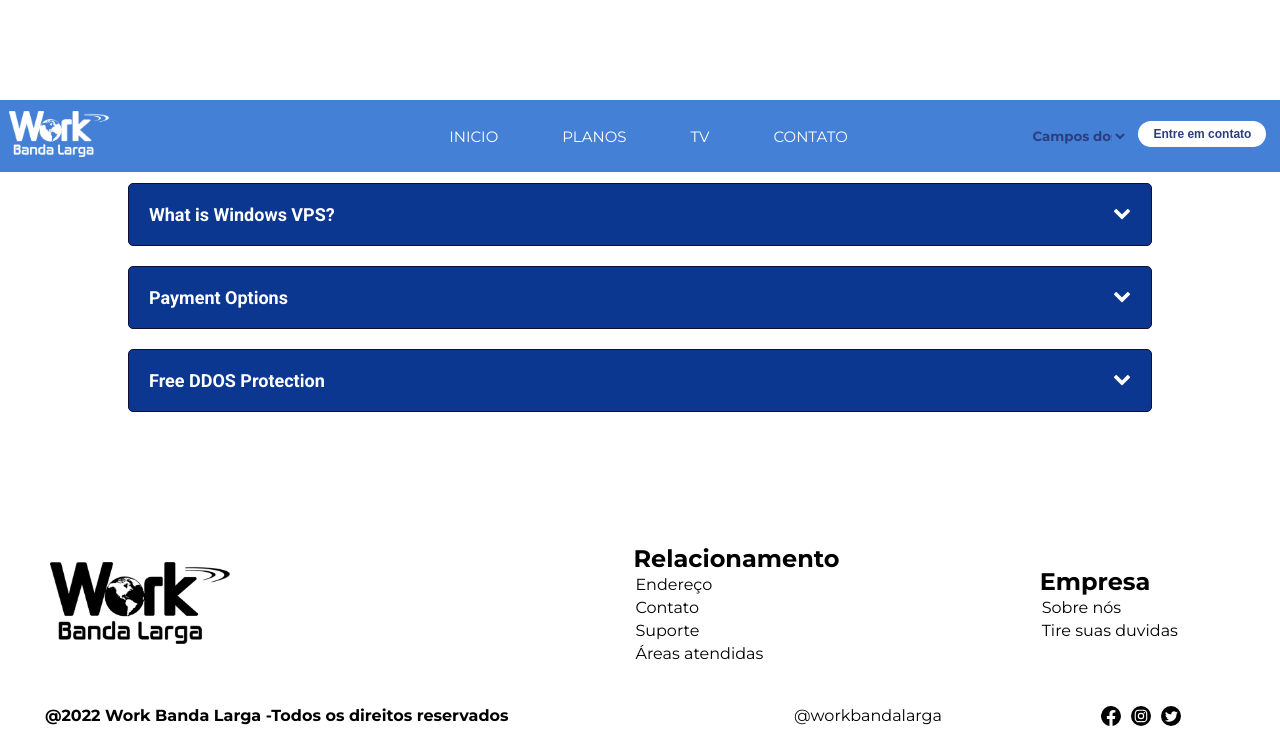
Repository: mateus-henrique-silva/WorkBandaLarga
Page: site_work/src/Pages/faq.html
An editor plug-in stored every save of this project. The page is shown before and after the next save, followed by the edit.
The browser window is 1280 px wide. The pictures show the whole page.
Some web fonts or font styles are not loaded; a fallback is used. Some web libraries are served in a nearby version.

Above is the page before, as saved 2022-09-20 10:09:53.

### site_work/src/Pages/faq.html
<!DOCTYPE html>
<html lang="en">
  <head>
    <meta charset="UTF-8" />
    <meta http-equiv="X-UA-Compatible" content="IE=edge" />
    <meta name="viewport" content="width=device-width, initial-scale=1.0" />
    <link rel="stylesheet" href="../CSS/Main/MainFaq/style.css" />
    <link rel="stylesheet" href="../CSS/Global.css" />
    <link rel="stylesheet" href="../CSS/Header/style.css" />
    <link rel="stylesheet" href="../CSS/Footer/Style.css" />
    <link rel="stylesheet" href="https://maxcdn.bootstrapcdn.com/font-awesome/4.7.0/css/font-awesome.min.css">
 <!-- <link href="https://maxcdn.bootstrapcdn.com/bootstrap/3.3.7/css/bootstrap.min.css" rel="stylesheet"> -->
 <script src="https://ajax.googleapis.com/ajax/libs/jquery/1.11.1/jquery.min.js" charset="utf-8"></script>
 <style media="screen">
header{
  margin-bottom: bottom;
}
 .accordions {
 width: 80%;
 margin: 100px auto;
 }

 .accordions h3 {
 text-align: center;
 font-family: "Roboto", sans-serif;
 font-weight: bold;
 }

 .accordion-item {
 background-color: #0b3791;
 margin-bottom: 20px;
 border: 1px solid #100e34;
 border-radius: 5px;
 color: #ffffff;
 }

 .accordion-item .accordion-title {
 cursor: pointer;
 padding: 20px;
 transition: transform 0.4s ease-in-out;
 }

 .accordion-item .accordion-title.active-title {
 background-color: #100e34;
 color: #ffffff;
 }

 .accordion-item .accordion-title h3 {
 font-weight: 700;
 margin: 0;
 font-size: 18px;
 display: flex;
 justify-content: space-between;
 font-weight: bold;
 }

 .accordion-item .accordion-title i.fa-chevron-down {
 transform: rotate(0);
 transition: 0.4s;
 }

 .accordion-item .accordion-title i.fa-chevron-down.chevron-top {
 transform: rotate(-180deg);
 color: #fa5019;
 }

 .accordion-item .accordion-content {
 display: none;
 line-height: 1.7;
 padding: 20px;
 background-color: #ffffff;
 border-radius: 0 0 5px 5px;
 color: #100e34;
 }

 .accordion-item .accordion-content.active {
 display: block;
 }

 .accordion-item .accordion-content p {
 margin: 0;
 font-family: "Nunito Sans", sans-serif;
 font-size: 16px;
 }

 .details {
 background: #dce1f2;
 }

 .details .detailed_info {
 margin: 50px auto;
 }

 .details img {
 margin: 0 auto;
 display: block;
 /* margin-top: 120px; */
 }

 .details h3 {
 font-family: "Poppins", sans-serif;
 font-weight: bold;
 font-size: 20px;
 }

 .details p {
 font-family: "Nunito Sans", sans-serif;
 font-size: 16px;
 line-height: 1.5em;
 }

 .details ul li {
 font-family: "Nunito Sans", sans-serif;
 font-size: 16px;
 line-height: 1.7em;
 }

 </style>

    <title>Document</title>
  </head>
  <body>
    <header>
      <nav>
        <a class="logo"
          ><img src="../Assets/logo-branca.png" width="100" alt=""
        /></a>
        <div class="mobile-menu">
          <div class="line1"></div>
          <div class="line2"></div>
          <div class="line3"></div>
        </div>
        <ul class="nav-list">
          <li><a href="#">Inicio</a></li>
          <li><a href="#planos">Planos</a></li>
          <li><a href="#tv">TV</a></li>
          <li><a href="#container"> Contato</a></li>
          <li>
            <select
              style="margin: 5px; margin-left: 0"
              name="cars"
              id="city"
              onChange="update()"
            >
              <option value="1">Campos dos Goytacazes</option>
              <option value="2">Conceição de Macabu</option>
              <option value="3">Quissamã</option>
              <option value="4">São João da Barra</option>
            </select>
          </li>
        </ul>
        <ul style="display: flex">
          <select
            style="margin: 5px; margin-left: 0"
            name="cars"
            id="city"
            onChange="update()"
          >
            <option value="1">Campos dos Goytacazes</option>
            <option value="2">Conceição de Macabu</option>
            <option value="3">Quissamã</option>
            <option value="4">São João da Barra</option>
          </select>
          <li style="list-style: none; font-size: 10px; margin: 5px">
            <a
              href="#"
              style="
                font-size: 12px;

                font-family: arial;
                color: white;
              "
              onclick="openForm()"
              class="contact-header"
              >Entre em contato</a
            >
          </li>
        </ul>
      </nav>
    </header>
    <!-- <main>
      <link href="https://maxcdn.bootstrapcdn.com/bootstrap/3.3.7/css/bootstrap.min.css" rel="stylesheet">
      <script src="https://ajax.googleapis.com/ajax/libs/jquery/1.11.1/jquery.min.js" charset="utf-8"></script> -->
      <section id="faq">
        <div class="container faq">
          <div class="container">
            <div class="row">
              <div class="col-sm-12">
                <div class="accordions">
                  <div class="accordion-item">
                    <div class="accordion-title" data-tab="item1">
                      <h3>Why FutureRDP? <i class="fa fa-chevron-down"></i></h3>
                    </div>
                    <div class="accordion-content" id="item1">
                      <p>
                        FutureRDP provides cheap and affordable Linux and
                        Windows VPS servers and storage solution since 2008 for
                        more than 11 years in multiple locations such as the
                        United States, UK, France, Germany, Netherlands, and
                        Canada. We have a range of different solutions for
                        different purposes such as SSD VPS and Storage servers.
                        All servers are equipped with RAID10 only SSD drives and
                        FREE DDoS Protection!
                      </p>
                    </div>
                  </div>

                  <div class="accordion-item">
                    <div class="accordion-title" data-tab="item2">
                      <h3>
                        What is Windows VPS? <i class="fa fa-chevron-down"></i>
                      </h3>
                    </div>
                    <div class="accordion-content" id="item2">
                      <p>
                        With a Windows VPS server, you will get a Remote Desktop
                        connection within a few minutes. You can run Windows
                        applications such as IIS, SQL, Microsoft Exchange or any
                        software like Docking, Forex trading, Crypto Trading
                        etc… or anything which you wish for. Just like your own
                        computer!! but the difference is online 24/7 days
                        without interruptions and with a super fast Internet
                        connection!
                      </p>
                    </div>
                  </div>

                  <div class="accordion-item">
                    <div class="accordion-title" data-tab="item3">
                      <h3>
                        Payment Options <i class="fa fa-chevron-down"></i>
                      </h3>
                    </div>
                    <div class="accordion-content" id="item3">
                      <p>
                        Unlike most other providers you don’t have to pay with
                        just Credit Card or PayPal. You can also pay with
                        Bitcoin, Alt Coins like Ethereum or Litecoin,
                        PerfectMoney, Payza and of course you can still pay by
                        PayPal and Credit Cards. You even get more discounts
                        when you choose longer-term commitments like our
                        attractive yearly plans.
                      </p>
                    </div>
                  </div>

                  <div class="accordion-item">
                    <div class="accordion-title" data-tab="item4">
                      <h3>
                        Free DDOS Protection <i class="fa fa-chevron-down"></i>
                      </h3>
                    </div>
                    <div class="accordion-content" id="item4">
                      <p>
                        Unlike other providers who charge extra for DDoS
                        protection, All of our VPS servers comes with DDoS
                        protection for FREE. This means you do not have to worry
                        about your VPS performance at all. We are taking care of
                        your needs while you do focus on your business!
                      </p>
                    </div>
                  </div>
                </div>
              </div>
            </div>
          </div>
        </div>
      </section>
    </main>
    <footer>
      <section>
        <div class="img-footer">
          <img src="../Assets/images/logo-preta.png" alt="" srcset="" />
        </div>
        <div class="link-footer">
          <div class="text-one">
            <h2>Relacionamento</h2>
            <a href="#map">Endereço</a>
            <a href="">Contato</a>
            <a href="">Suporte</a>
            <a href="">Áreas atendidas</a>
          </div>
          <div class="text-two">
            <h2>Empresa</h2>
            <a href="">Sobre nós</a>
            <a href="">Tire suas duvidas</a>
          </div>
        </div>
      </section>
      <section style="height: 5vh; display: flex; align-items: center">
        <div class="text-three">
          <strong>@2022 Work Banda Larga -Todos os direitos reservados </strong>
        </div>
        <div class="text-four">
          <p>@workbandalarga</p>
          <div class="social">
            <img src="../Assets/images/logo facebook.svg" alt="facebook" />
            <img src="../Assets/images/logo instagram.svg" alt="instagram" />
            <img src="../Assets/images/logo twitter.svg" alt="twitter" />
          </div>
        </div>
      </section>
    </footer>
    <script src="../Scripts/Menu/script.js"></script>
    <script type="text/javascript">
      $(document).ready(function () {
        $(".accordion-title").click(function (e) {
          var accordionitem = $(this).attr("data-tab");
          $("#" + accordionitem)
            .slideToggle()
            .parent()
            .siblings()
            .find(".accordion-content")
            .slideUp();

          $(this).toggleClass("active-title");
          $("#" + accordionitem)
            .parent()
            .siblings()
            .find(".accordion-title")
            .removeClass("active-title");

          $("i.fa-chevron-down", this).toggleClass("chevron-top");
          $("#" + accordionitem)
            .parent()
            .siblings()
            .find(".accordion-title i.fa-chevron-down")
            .removeClass("chevron-top");
        });
      });
    </script>
  </body>
</html>

### site_work/src/CSS/Global.css
@import url("https://fonts.googleapis.com/css2?family=Cinzel:wght@400;500;600;700;800;900&family=Montserrat:ital,wght@0,100;0,200;0,300;0,400;0,500;0,600;0,700;0,800;0,900;1,100;1,200;1,300;1,400;1,500;1,600;1,700;1,800;1,900&family=Roboto:ital,wght@0,300;0,400;0,500;0,700;0,900;1,100;1,300;1,400;1,500;1,700;1,900&display=swap");

* {
  margin: 0;
  padding: 0;
  border: 0;
  font-family: "Montserrat", sans-serif;
}

section {
  width: 100%;
  max-width: 100vw;
}

ul {
  list-style: none;
}
span {
  color: #67aee9;
}

html {
  scroll-behavior: smooth;
}

### site_work/src/CSS/Header/style.css
header {
  width: 100%;
  background-color: #4480d5;
  margin-top: 0;
}
a {
  color: black;
  text-decoration: none;
  transition: 0.3s;
}

a:hover {
  opacity: 0.7;
}

.logo {
  align-items: center;
  width: 15%;

  text-transform: uppercase;
  letter-spacing: 4px;
}

.logo h1 {
  font-size: 12px;
}

nav {
  display: flex;
  z-index: 1000;
  position: fixed !important;
  width: 100%;
  margin-top: 0;

  justify-content: space-around;
  align-items: center;
  background-color: #4480d5;
  height: 10vh;
}

.nav-list {
  justify-content: center;
  align-items: center;
  list-style: none;
  width: 62%;
  display: flex;
  z-index: 1;
}
.nav-list li:last-child {
  margin-right: -100px !important;
}
/* .nav-list li:last-child {
  padding: 10px 20px 10px;
  border: 1px solid #ffffff;
  border-radius: 5px;
  transition: 1s !important;
} */

/* .nav-list li:last-child:hover {
  border: 1px solid #d81f26;
} */
.nav-list li {
  letter-spacing: 0px;
  font-size: 12px;
  text-transform: uppercase;
  margin: 32px;
}
.nav-list li a {
  color: white;
  font-size: 15px;
}
.nav-list li a:hover {
  opacity: 0.5;
}
/* .nav-list li a:last-child:hover {
  color: #ffffffff;
} */

.mobile-menu {
  display: none;
  margin-left: 80px;
  cursor: pointer;
}

.mobile-menu div {
  transition: 0.3s;

  width: 32px;
  height: 2px;
  background: white;
  margin: 8px;
}

@media (max-width: 950px) {
  body {
    overflow-x: hidden;
  }

  .nav-list li:last-child {
    padding: 0;
    border: 0;
    border-radius: 0;
    transition: 1s !important;
  }

  .nav-list li:last-child:hover {
    border: 0;
  }

  .nav-list {
    position: absolute;
    top: 7vh;
    right: 0;
    width: 100vw;
    height: 100vh;
    background-color: white;
    flex-direction: column;
    color: white;
    /* align-items: center; */
    display: none;
    justify-content: flex-start;
    transition: 0.4s ease-in;
    /* justify-content: space-around; */
    transform: translateX(100%);
  }

  .nav-list li {
    margin-top: 100px;
    margin-left: 0;
    opacity: 0;
    margin: 30px;
    margin-left: 0px;
  }
  nav li select {
    color: white;
    font-weight: bold;
    font-size: 15px;
    width: 100%;
  }

  .mobile-menu {
    display: block;
  }
  .contact-header {
    display: none;
  }

  .logo {
    margin-left: 10px;
    width: 60%;
  }
  /* nav {
    flex-direction: row-reverse;
    display: flex;
    justify-content: space-around;
  } */
  .logo img {
    width: 80px !important;
  }
}

.nav-list.active {
  transition: 0.3s;
  overflow-y: hidden;
  position: fixed;
  z-index: 10000;
  align-items: center;
  background-color: #4480d5;
  transform: translateX(0);
  display: flex;
}

.nav-list.active li {
  color: white !important;
  font-weight: bold;
  margin-right: 0px !important;
}

.nav-list.active li {
  color: white;
}

@keyframes navLinkFade {
  from {
    opacity: 0;
    transform: translateX(50px);
  }

  to {
    opacity: 1;
    transform: translateX(0);
  }
}
/* .line1 {
  width: 40px !important;
}
.line3 {
  width: 30px !important;
} */
.mobile-menu.active .line1 {
  transform: rotate(-45deg) translate(-8px, 8px);
}

.mobile-menu.active .line2 {
  opacity: 0;
}

.mobile-menu.active .line3 {
  transform: rotate(45deg) translate(-5px, -7px);
}

select {
  width: 100px;
  background-color: transparent;
  font-weight: bold;
  border: none;

  color: #2c3e80;
  cursor: pointer;
}
select option {
  background-color: transparent;
}
@media (max-width: 999px) {
  select {
    display: none;
  }
  .nav-list select {
    display: block !important;
  }
}

.nav-list select {
  display: none;
}
.contact-header {
  background-color: white;
  padding: 6px 15px 6px;
  color: #2c3e80 !important;
  font-weight: bold;
  border-radius: 20px;
  margin-right: 0px;
}

### site_work/src/CSS/Footer/Style.css
footer {
  width: 100%;

  height: 100%;
}
footer section .img-footer img {
  width: 180px;
  margin: 50px;
}
footer section .img-footer {
  width: 50%;
}

footer section {
  display: flex;
}
.link-footer {
  width: 70%;

  display: flex;
  align-items: center;
  justify-content: space-around;
}

footer .text-one {
  display: flex;
  flex-direction: column;
}
footer .text-two {
  display: flex;
  flex-direction: column;
}

footer .text-one a {
  margin: 2px;
}
footer .text-two a {
  margin: 2px;
}
.social {
  display: flex;
  justify-content: space-around;
}
.social img {
  margin: 5px;
  margin-top: 0;
  margin-bottom: 0;
  cursor: pointer;
}
.text-four {
  width: 50%;
  justify-content: space-evenly;
  display: flex;
}
.text-three strong {
  margin-left: 45px;
}
.text-three {
  width: 50%;
}
@media (max-width: 900px) {
  .img-footer {
    width: 100% !important;
    display: flex;
    justify-content: center;
  }
  .img-footer img {
    width: 100px !important;
    margin: 20px !important;
  }
  .link-footer {
    width: 100% !important;
  }
  footer section {
    display: flex;
    flex-direction: column;
    align-items: center;
  }
  .text-three strong {
    margin-left: 0;
    width: 100%;
    text-align: center;
    font-size: 10px;
  }
  .text-three {
    width: 100%;
    display: flex;
    align-items: center;
    height: 50px;
  }
  .text-four {
    width: 100%;
    justify-content: space-around;
  }
  .text-one h2 {
    font-size: 15px;
  }

  .text-two h2 {
    font-size: 15px;
  }
  .text-one a {
    font-size: 12px;
  }
  .text-two a {
    font-size: 12px;
  }
  .text-four p {
    font-size: 15px;
  }
  .text-four .social {
    margin-right: 30px;
  }
}

### site_work/src/Scripts/Menu/script.js
class MobileNavbar{


    constructor(mobileMenu, navList, navLinks){
        this.mobileMenu = document.querySelector(mobileMenu);
        this.navList = document.querySelector(navList);
        this.navLinks = document.querySelectorAll(navLinks);
        this.activeClass = "active";
        this.hadleClick =  this.hadleClick.bind(this);


    }

    animateLinks(){
        this.navLinks.forEach((link, index)=>{

            var calc = index/7+0.3;


            link.style.animation
            ?(link.style.animation="")
            :(link.style.animation= `navLinkFade 0.5s ease forwards ${calc}s`);


        });


    }


    hadleClick(){


        this.navList.classList.toggle(this.activeClass);
        this.mobileMenu.classList.toggle(this.activeClass);
        this.animateLinks();
    }

    addClickEvent(){
        this.mobileMenu.addEventListener("click", this.hadleClick);


    }

    init(){

        if(this.mobileMenu){

            this.addClickEvent();
        }
        return this;
    }
    }



    const mobileNavbar = new MobileNavbar(

        ".mobile-menu",

        ".nav-list",

        ".nav-list li",


        );


    mobileNavbar.init();

Loaded but not shown: site_work/src/CSS/Main/MainFaq/style.css (no stored copy; drawn as an empty file)

After the next save:
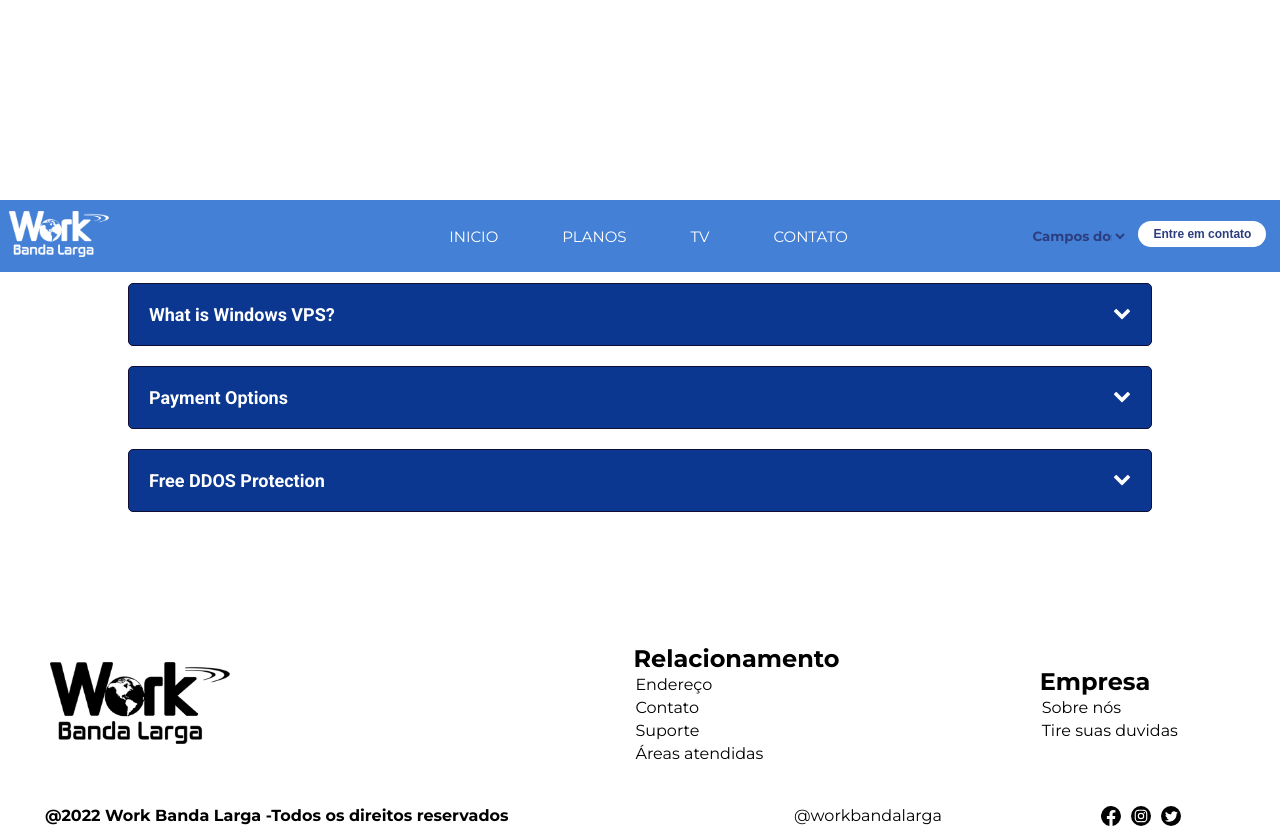
Saved 4 s later.
--- a/site_work/src/Pages/faq.html
+++ b/site_work/src/Pages/faq.html
@@ -13,7 +13,7 @@
  <script src="https://ajax.googleapis.com/ajax/libs/jquery/1.11.1/jquery.min.js" charset="utf-8"></script>
  <style media="screen">
 header{
-  margin-bottom: bottom;
+  margin-bottom: 200px;
 }
  .accordions {
  width: 80%;

After the save that followed:
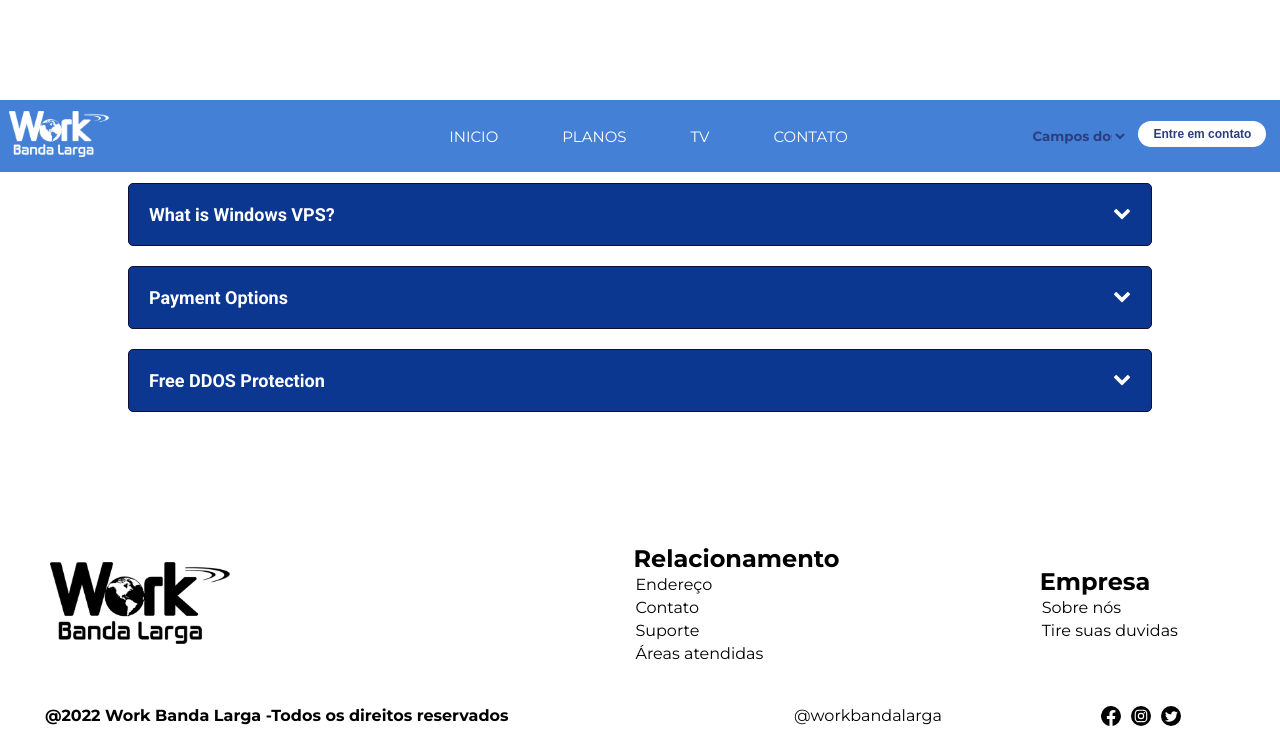
Saved 10 s later.
--- a/site_work/src/Pages/faq.html
+++ b/site_work/src/Pages/faq.html
@@ -12,7 +12,7 @@
  <!-- <link href="https://maxcdn.bootstrapcdn.com/bootstrap/3.3.7/css/bootstrap.min.css" rel="stylesheet"> -->
  <script src="https://ajax.googleapis.com/ajax/libs/jquery/1.11.1/jquery.min.js" charset="utf-8"></script>
  <style media="screen">
-header{
+nav{
   margin-bottom: 200px;
 }
  .accordions {
